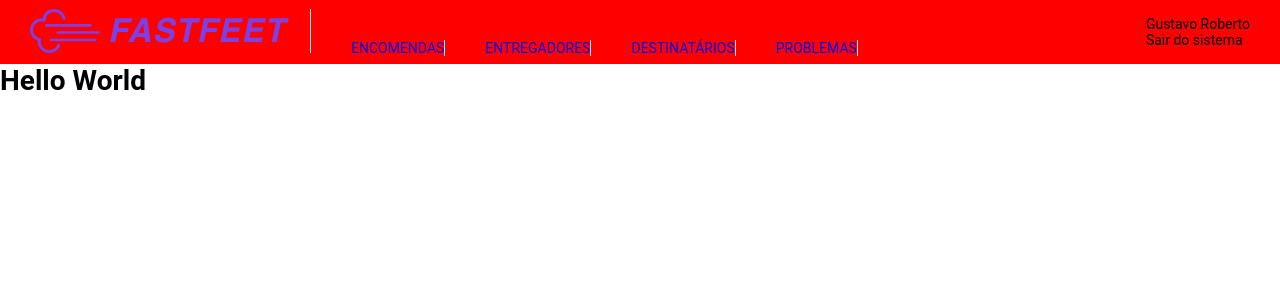
Repository: guuhx97/fastfeet
Page: / (app in frontend/)
An editor plug-in stored every save of this project. The page is shown before and after the next save, followed by the edit.
The browser window is 1280 px wide. The pictures show the whole page.
The project was rebuilt for these pictures with package versions that can differ from the ones it lists, and the page was loaded fresh each time.

Above is the page before, as saved 2020-06-26 15:10:24.

After the next save:
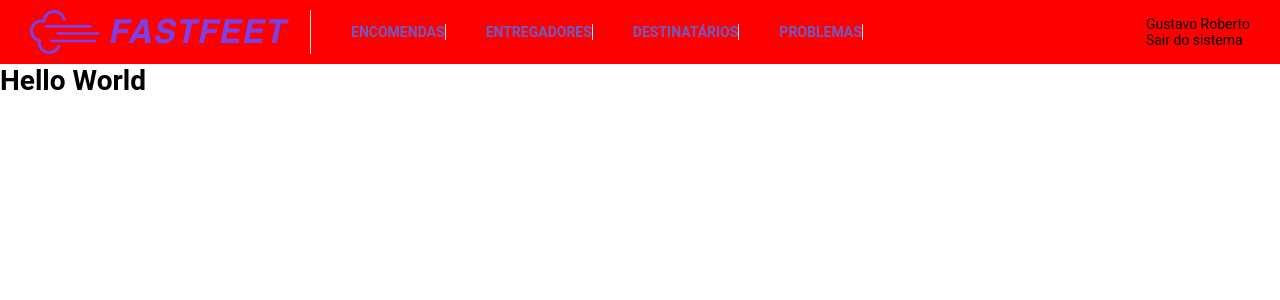
Saved 81 s later.
--- a/frontend/src/components/Header/styles.js
+++ b/frontend/src/components/Header/styles.js
@@ -13,16 +13,24 @@ export const Content = styled.div`
   justify-content: space-between;
   align-items: center;
 
-  img {
+  nav {
+    display: flex;
+    align-items: center;
+
+    img {
     margin-right: 20px;
     padding-right: 20px;
     border-right: 1px solid #eee;
+    }
+
+    a {
+      font-weight: bold;
+      color: #7159c1;
+      margin: 20px;
+      border-right: 1px solid #eee;
+    }
   }
 
-  a {
-    margin: 20px;
-    border-right: 1px solid #eee;
-  }
 `;
 
 export const Profile = styled.div`
